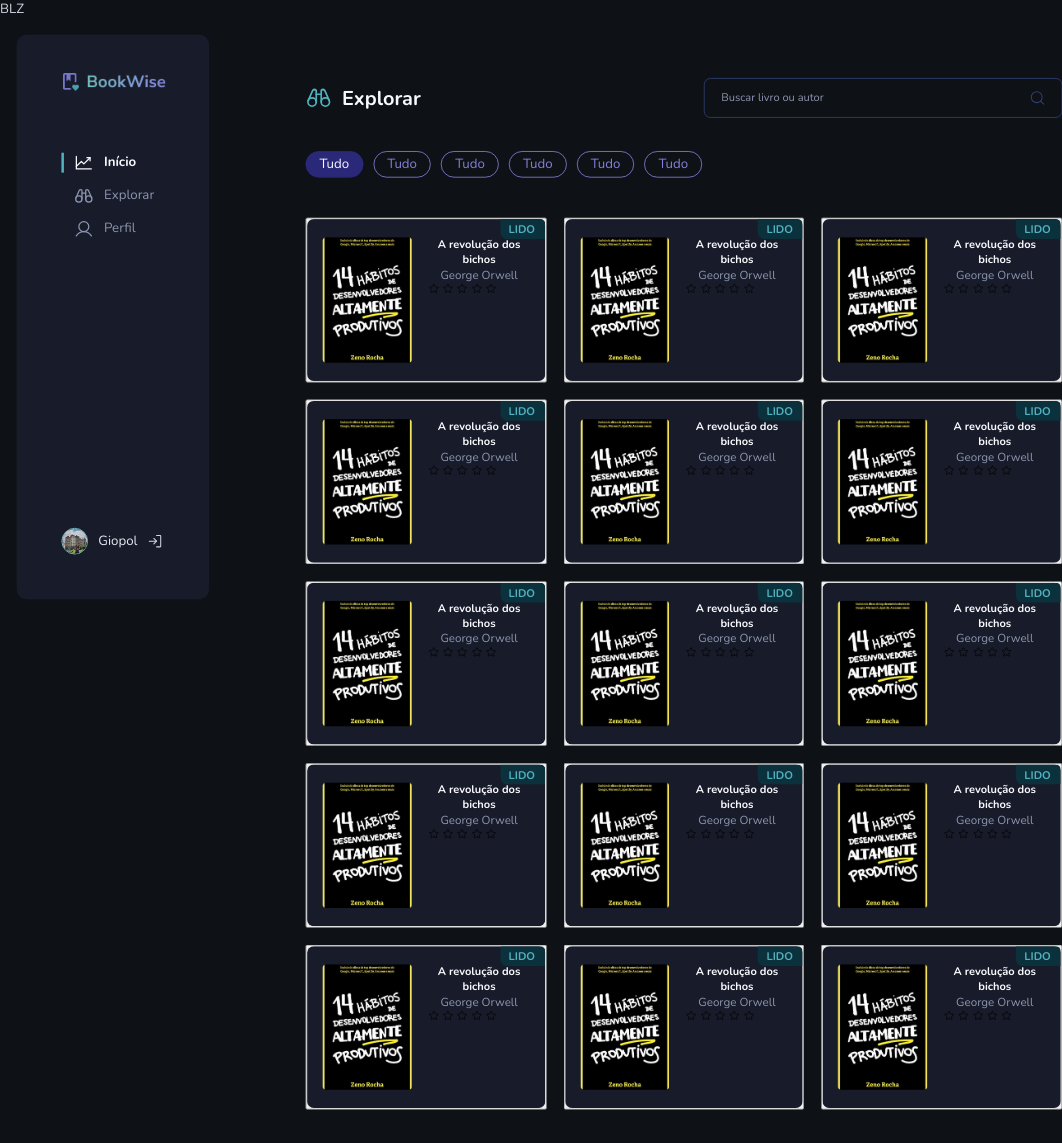
Repository: Giopol12/book-wise
Page: /explore/index.page
The author's editor kept a copy of each file at every save. The page is drawn from the files as they stood at one save, then again after a run of saves.
The browser window is 1280 px wide. The pictures show the whole page, at 83% of full size.
The project was rebuilt for these pictures with package versions that can differ from the ones it lists, and the page was loaded fresh each time. The framework's server and built-in components were replaced by stand-ins that run in the browser. Also part of the build but not shown: next.config.js.

Above is the page before, as saved 2023-10-27 09:58:14.

After the next 3 saves:
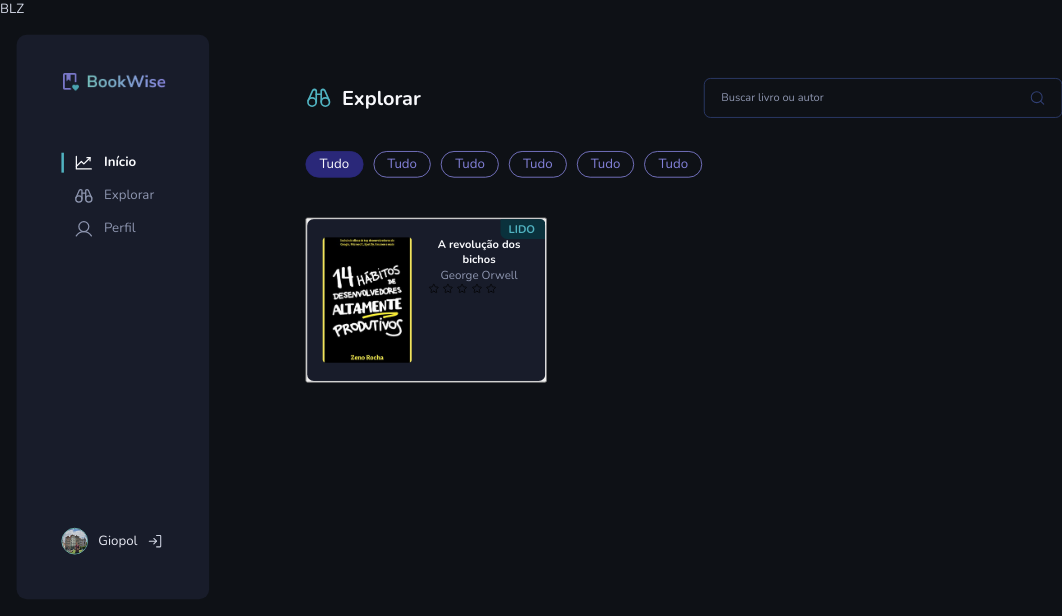
The 3 saves are shown as one change because 2 did not build or start.
The last was saved 5 min 21 s later.
--- a/src/pages/explore/index.page.tsx
+++ b/src/pages/explore/index.page.tsx
@@ -44,16 +44,16 @@
           <Tag>Tudo</Tag>
         </TagsContainer>
         <ExploreBookContainer>
-          {array.map((id) => {
-            return (
-              <Dialog.Root key={id}>
-                <Dialog.Trigger>
-                  <ExploreBookCard />
-                </Dialog.Trigger>
-                <NewCommentModal />
-              </Dialog.Root>
-            )
-          })}
+          {/* {array.map((id) => {
+            return ( */}
+          <Dialog.Root>
+            <Dialog.Trigger>
+              <ExploreBookCard />
+            </Dialog.Trigger>
+            <NewCommentModal />
+          </Dialog.Root>
+          {/* )
+          })} */}
         </ExploreBookContainer>
       </ExploreContainer>
     </Container>

After the 4 saves that followed:
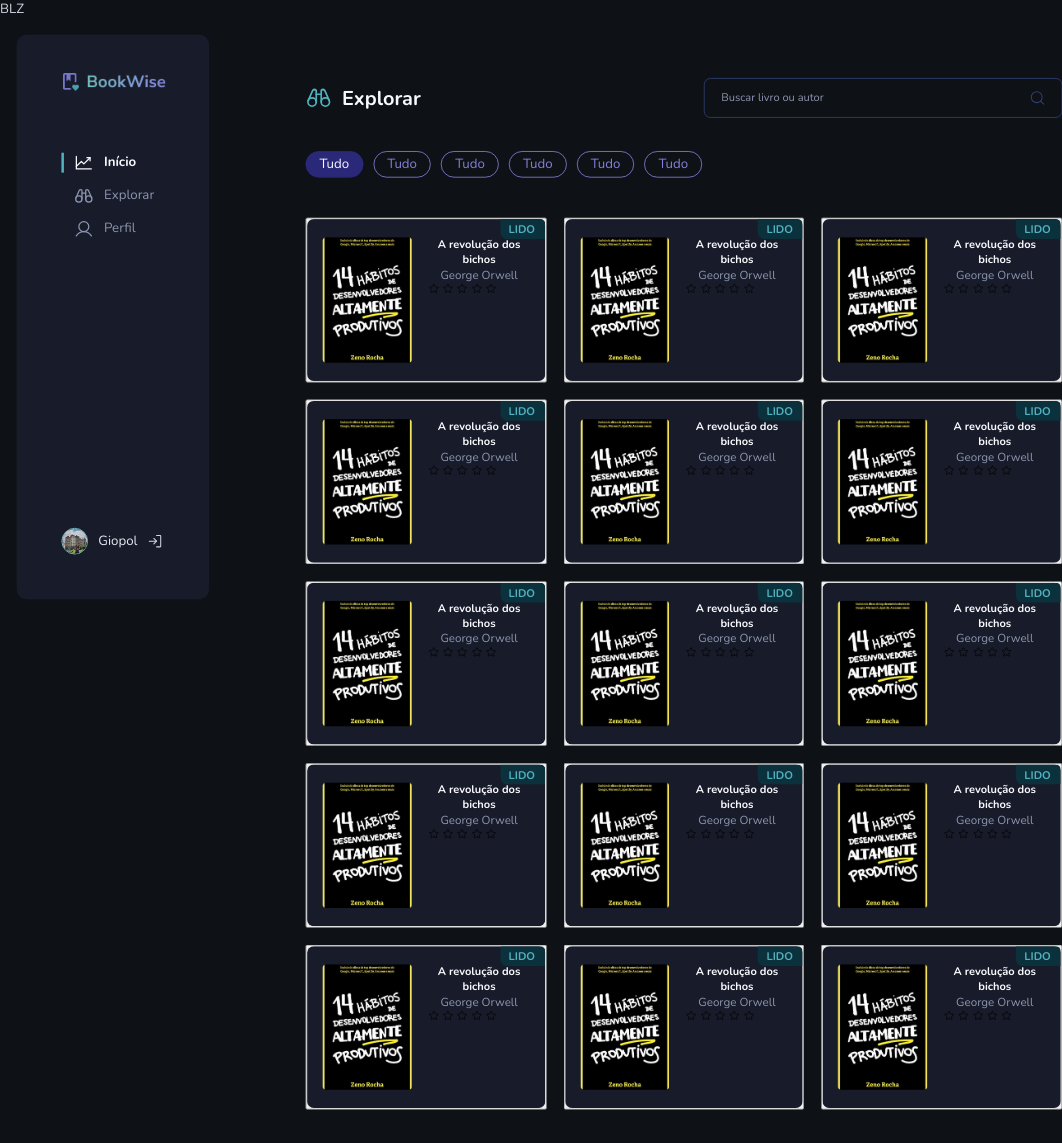
The 4 saves are shown as one change because 3 did not build or start.
The last was saved 109 s later.
--- a/src/pages/explore/index.page.tsx
+++ b/src/pages/explore/index.page.tsx
@@ -44,16 +44,16 @@
           <Tag>Tudo</Tag>
         </TagsContainer>
         <ExploreBookContainer>
-          {/* {array.map((id) => {
-            return ( */}
-          <Dialog.Root>
-            <Dialog.Trigger>
-              <ExploreBookCard />
-            </Dialog.Trigger>
-            <NewCommentModal />
-          </Dialog.Root>
-          {/* )
-          })} */}
+          {array.map((id) => {
+            return (
+              <Dialog.Root>
+                <Dialog.Trigger key={id}>
+                  <ExploreBookCard />
+                </Dialog.Trigger>
+                <NewCommentModal />
+              </Dialog.Root>
+            )
+          })}
         </ExploreBookContainer>
       </ExploreContainer>
     </Container>
